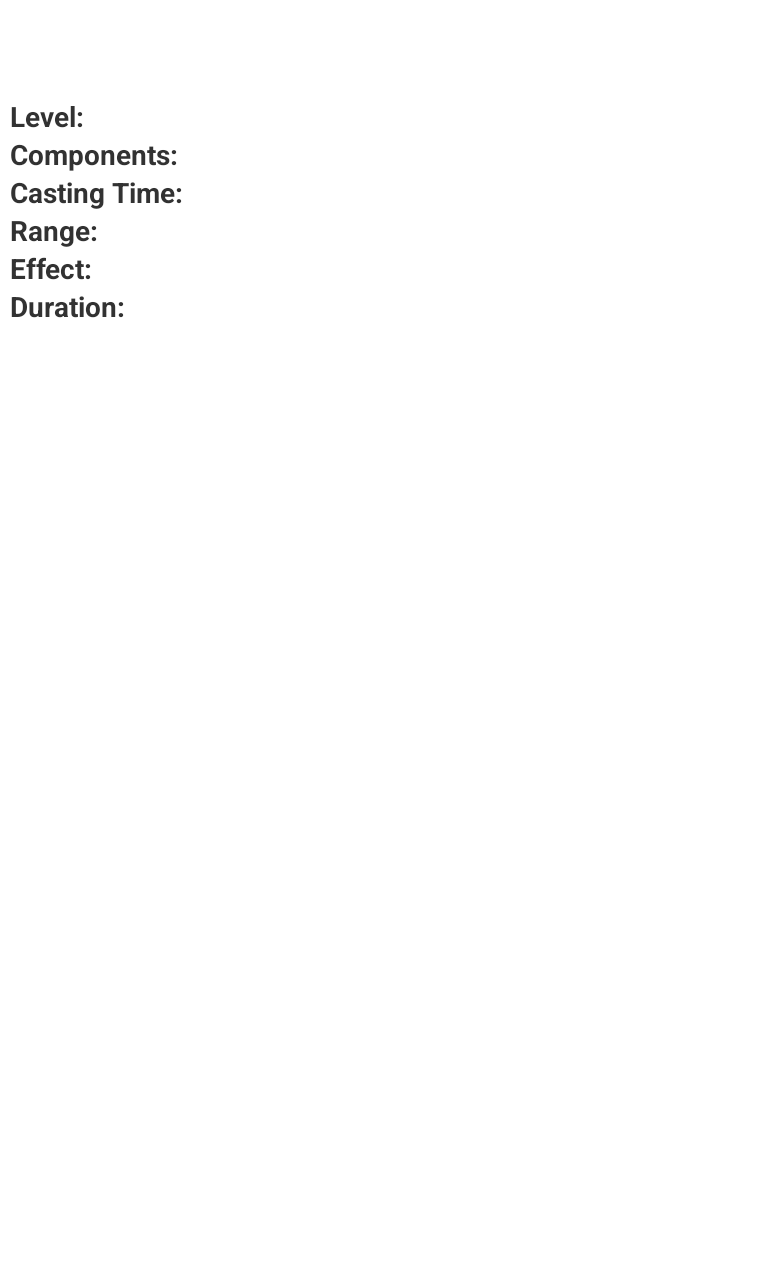
Repository: Rizsti/BrawnyKoala
Layout: 2.2/res/layout/dialogue_spell_details.xml
These files come from the project's save history. The layout is drawn as it stood at one moment and after the next save; the edit follows.
It is drawn on a 768 x 1280 px phone screen (xhdpi) without system bars, with theme AppTheme; the app's code is not run.

Above is the layout before, as saved 2013-06-09 04:41:56.

### 2.2/res/layout/dialogue_spell_details.xml
<?xml version="1.0" encoding="utf-8"?>
<LinearLayout xmlns:android="http://schemas.android.com/apk/res/android"
    android:layout_width="match_parent"
    android:layout_height="match_parent"
    android:orientation="vertical"
    android:padding="5sp">

    <TextView
        android:id="@+id/spellName"
        android:layout_width="wrap_content"
        android:layout_height="wrap_content"
        android:textAppearance="?android:attr/textAppearanceMedium" />

    <TextView
        android:id="@+id/spellSchool"
        android:layout_width="wrap_content"
        android:layout_height="wrap_content"/>

    <LinearLayout
        android:layout_width="match_parent"
        android:layout_height="wrap_content"
        android:orientation="horizontal">

        <TextView
	        android:layout_width="wrap_content"
	        android:layout_height="wrap_content"
	        android:text="@string/SpellLevel"
	        android:textStyle="bold"/>

    	<TextView
	        android:id="@+id/spellLevel"
	        android:layout_width="wrap_content"
	        android:layout_height="wrap_content" />

    </LinearLayout>

     <LinearLayout
        android:layout_width="match_parent"
        android:layout_height="wrap_content"
        android:orientation="horizontal">

    	<TextView
        	android:layout_width="wrap_content"
        	android:layout_height="wrap_content"
       		android:text="@string/SpellComp"
	        android:textStyle="bold" />

	    <TextView
	        android:id="@+id/spellComponents"
	        android:layout_width="wrap_content"
	        android:layout_height="wrap_content"
	        />

	 </LinearLayout>


     <LinearLayout
        android:layout_width="match_parent"
        android:layout_height="wrap_content"
        android:orientation="horizontal">

    	<TextView
        	android:layout_width="wrap_content"
        	android:layout_height="wrap_content"
       		android:text="@string/SpellCastTime"
	        android:textStyle="bold"/>

	    <TextView
	        android:id="@+id/spellCastTime"
	        android:layout_width="wrap_content"
	        android:layout_height="wrap_content"
	        />

	 </LinearLayout>

     <LinearLayout
        android:layout_width="match_parent"
        android:layout_height="wrap_content"
        android:orientation="horizontal">

    	<TextView
        	android:layout_width="wrap_content"
        	android:layout_height="wrap_content"
       		android:text="@string/SpellRange"
	        android:textStyle="bold"/>

	    <TextView
	        android:id="@+id/spellRange"
	        android:layout_width="wrap_content"
	        android:layout_height="wrap_content"
	        />

	 </LinearLayout>

     <LinearLayout
        android:layout_width="match_parent"
        android:layout_height="wrap_content"
        android:orientation="horizontal">

    	<TextView
        	android:layout_width="wrap_content"
        	android:layout_height="wrap_content"
       		android:text="@string/SpellEffect"
	        android:textStyle="bold" />

	    <TextView
	        android:id="@+id/spellEffect"
	        android:layout_width="wrap_content"
	        android:layout_height="wrap_content"
	        />

	 </LinearLayout>

     <LinearLayout
        android:layout_width="match_parent"
        android:layout_height="wrap_content"
        android:orientation="horizontal">

    	<TextView
        	android:layout_width="wrap_content"
        	android:layout_height="wrap_content"
       		android:text="@string/SpellDuration"
	        android:textStyle="bold" />

	    <TextView
	        android:id="@+id/spellDuration"
	        android:layout_width="wrap_content"
	        android:layout_height="wrap_content"
	        />

	 </LinearLayout>

</LinearLayout>

### 2.2/res/values/strings.xml
<?xml version="1.0" encoding="utf-8"?>
<resources>

    <string name="app_name">Teddy</string>
    <!-- Menu Items -->
    <string name="action_settings">Settings</string>
    <string name="action_new">New</string>
    <string name="title_activity_settings">Settings</string>
    <string name="title_activity_details">Details</string>
    <string name="title_activity_basic">Basic</string>
    <string name="title_activity_battle">Battle</string>
    <string name="load">Load</string>
    <string name="save">Save</string>

    <!-- Details Labels -->
    <string name="charName">Name</string>
    <string name="charRace">Race</string>
    <string name="charLevel">Level</string>
    <string name="charAlign">Alignment</string>
    <string name="charDeity">Deity</string>
    <string name="charSize">Size</string>
    <string name="charAge">Age</string>
    <string name="charGender">Gender</string>
    <string name="charHeight">Height</string>
    <string name="charWeight">Weight</string>
    <string name="classHint">Class</string>

    <!-- ListViews -->
    <!-- Character Select Labels -->
    <string name="level">Lv: </string>

    <!-- Attack Labels -->
    <string name="aName">Name</string>
    <string name="aDamage">Dmg</string>
    <string name="aBonus">AtkBonus</string>
    <string name="aCrit">Crit</string>
    <string name="aRange">Range</string>
    <string name="aWeight">Weight</string>
    <string name="aSize">Size</string>
    <string name="aType">Type</string>
    <string name="aSpecial">Special Properties</string>

    <!-- Inventory Labels -->
    <string name="iQuantity">Quantity</string>
    <string name="iTotalWeight">Total Weight</string>
    <string name="title_activity_details2">Details2</string>
    <string name="title_section1">Section 1</string>
    <string name="title_section2">Section 2</string>
    <string name="title_section3">Section 3</string>
    <string name="title_activity_skills">Skills</string>

    <!-- Skill labels -->
    <string name="sSkill">Skill</string>
    <string name="sStat">Stat Mod.</string>
    <string name="sRank">Rank</string>
    <string name="sMisc">Misc.</string>

    <!-- Symbols -->
    <string name="plus">+</string>
    <string name="equal">=</string>
    <string name="slash">/</string>

    <!-- Image lables -->
    <string name="heart">Health</string>
    <string name="fist">Melee</string>
    <string name="bow">Ranged</string>

    <!-- Battle Labels -->
    <string name="bexp">Exp.</string>
    <string name="bInit">Init. </string>
    <string name="bGrap">Grapple </string>
    <string name="bWill">Will </string>
    <string name="bFort">Fort. </string>
    <string name="bRef">Ref. </string>

    <!-- Stats Labels -->
    <string name="stStr">STR</string>
    <string name="stInt">INT</string>
    <string name="stDex">DEX</string>
    <string name="stCon">CON</string>
    <string name="stCha">CHA</string>
    <string name="stWis">WIS</string>
    <string name="score">Score</string>
    <string name="modscore">Mod.</string>
    <string name="tmpScore">Tmp. Score</string>
    <string name="tmpMod">Tmp. Mod.</string>

    <!-- Other stats info -->
    <string name="modStr">0</string>
    <string name="modInt">0</string>
    <string name="modDex">0</string>
    <string name="modCon">0</string>
    <string name="modCha">0</string>
    <string name="modWis">0</string>
    <string name="addAttack">Add an Attack</string>
    <string name="add">Add</string>
    <string name="cancel">Cancel</string>

    <!-- Settings labels -->
    <string name="ctheme">Change theme:</string>

    <!-- Content Descriptions -->
    <string name="PinkSwatch">Pink Swatch</string>
    <string name="RedSwatch">Red Swatch</string>
    <string name="PurpleSwatch">Purple Swatch</string>
    <string name="DarkRedSwatch">Dark Red Swatch</string>
    <string name="DarkBlueSwatch">Dark Blue Swatch</string>
    <string name="DarkGreenSwatch">Dark Green Swatch</string>
    <string name="BlueSwatch">Blue Swatch</string>
    <string name="GreenSwatch">Green Swatch</string>
    <string name="hello_world">Hello world!</string>

    <string name="SpellLevel">Level: </string>
	<string name="SpellComp">Components: </string>
	<string name="SpellCastTime">Casting Time: </string>
	<string name="SpellRange">Range: </string>
	<string name="SpellEffect">Effect: </string>
	<string name="SpellDuration">Duration: </string>
	<string name="SpellSave">Saving Throw: </string>
	<string name="SpellResistance">Spell Resistance: </string>

</resources>

Loaded but not shown: 2.2/res/values/styles.xml (common file); 2.2/res/values-v11/styles.xml (common file); 2.2/res/values-v14/styles.xml (common file)

After the next save:
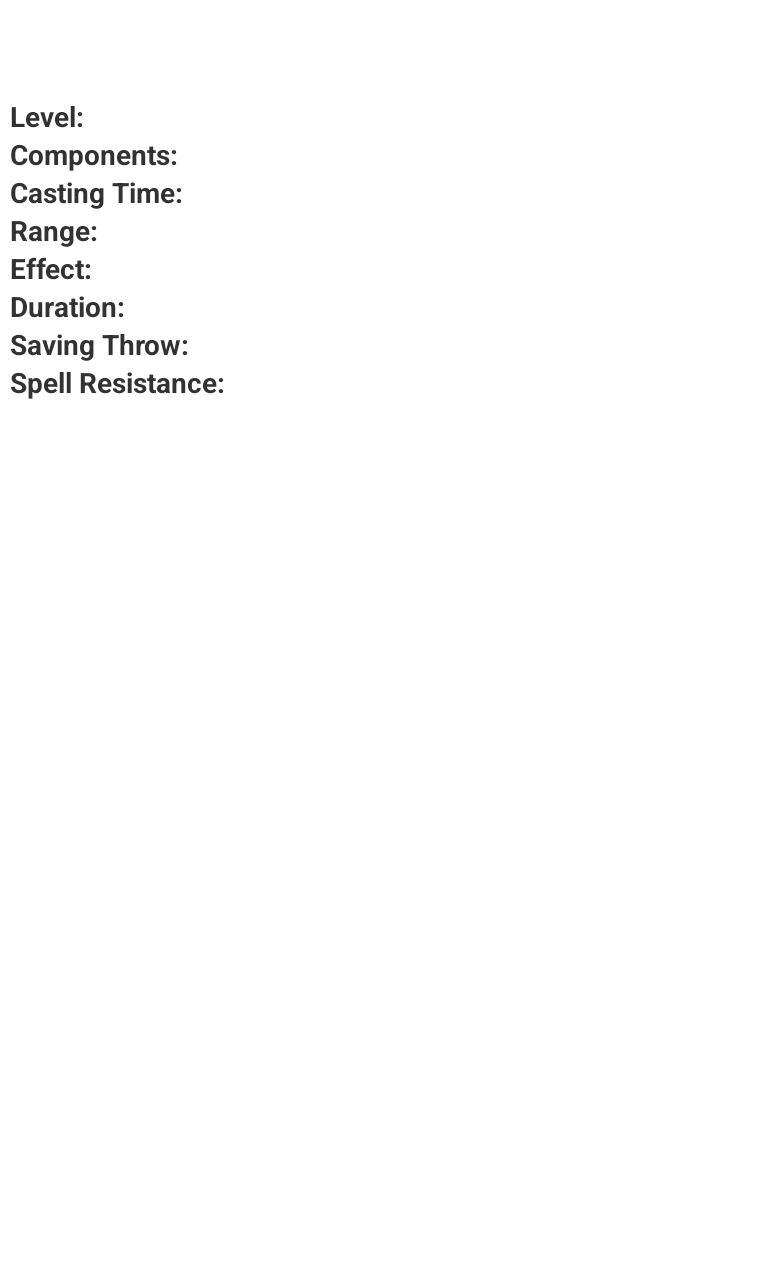
Saved 85 s later.
--- a/2.2/res/layout/dialogue_spell_details.xml
+++ b/2.2/res/layout/dialogue_spell_details.xml
@@ -130,4 +130,42 @@
 
 	 </LinearLayout>
 
+
+     <LinearLayout
+        android:layout_width="match_parent"
+        android:layout_height="wrap_content"
+        android:orientation="horizontal">
+
+    	<TextView
+        	android:layout_width="wrap_content"
+        	android:layout_height="wrap_content"
+       		android:text="@string/SpellSave"
+	        android:textStyle="bold" />
+
+	    <TextView
+	        android:id="@+id/spellSave"
+	        android:layout_width="wrap_content"
+	        android:layout_height="wrap_content"
+	        />
+
+	 </LinearLayout>
+
+     <LinearLayout
+        android:layout_width="match_parent"
+        android:layout_height="wrap_content"
+        android:orientation="horizontal">
+
+    	<TextView
+        	android:layout_width="wrap_content"
+        	android:layout_height="wrap_content"
+       		android:text="@string/SpellResistance"
+	        android:textStyle="bold" />
+
+	    <TextView
+	        android:id="@+id/spellResistance"
+	        android:layout_width="wrap_content"
+	        android:layout_height="wrap_content"
+	        />
+
+	 </LinearLayout>
 </LinearLayout>
